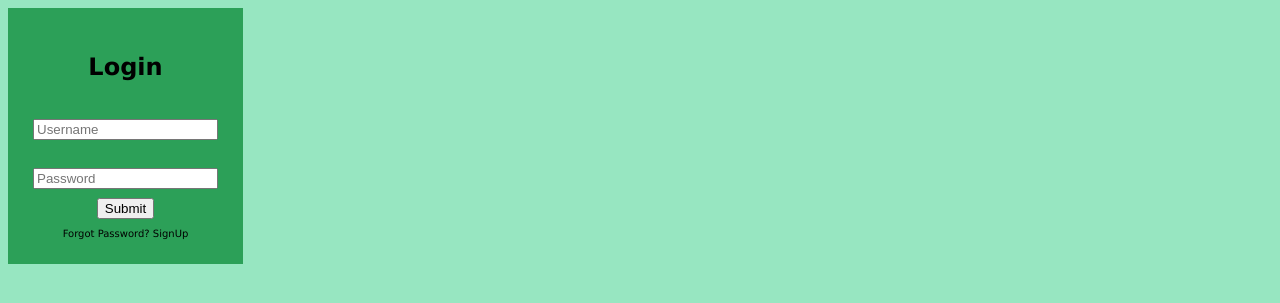
Repository: busra-kayaa/LoginPage
Page: login.html
An editor plug-in stored every save of this project. The page is shown before and after the next save, followed by the edit.
The browser window is 1280 px wide. The pictures show the whole page.

Above is the page before, as saved 2023-12-28 20:01:47.

### login.html
<!DOCTYPE html>
<html>
    <head>
        <title>Login Page</title>
        <link rel="stylesheet" href="./style.css" type="text/css"/>
    </head>
    <body>
        <div class="login-from-container">
            <h2>Login</h2>
            <div class="input-group">
                <i class="fa fa-user"></i>
                <input
                    type="text"
                    placeholder="Username"
                    class="input-text"
                    autocomplete="off"
                />
            </div>
            <div class="input-group">
                <i class="fa fa-unclok-alt"></i>
                <input
                    type="password"
                    placeholder="Password"
                    class="input-text"
                    autocomplete="off"
                />
            </div>
            <div class="subgroup">
                <div class="button-group" id="login-button">
                    <button onclick="alert('Bilgileriniz Başarıyla Alınmıştır.')">Submit</button>
                </div>
                <div class="footer">
                    <a>Forgot Password?</a>
                    <a>SignUp</a>
                </div>
            </div>
        </div>
    </body>
</html>

### style.css
body {
    background-color:rgb(151, 230, 193);
    display: flex;
    flex-direction: row;
    align-items: center;
    font-family:'Lucida Sans';
}

.login-from-container {
    background-color: rgb(44, 160, 88);
    display: flex;
    flex-direction: column;
    align-items: center;
    text-align: center;
    padding: 25px;
}
.input-group {
    margin-top: 10%;
    margin-bottom: 5%;
}
.button-group {
    display: flex;
    justify-content: center;
    align-items: center;
    font-size: 15px;
}
.subgroup {
 gap: 20px;
}
.footer {
    margin-top: 7%;
    font-size: 10px;
}

After the next save:
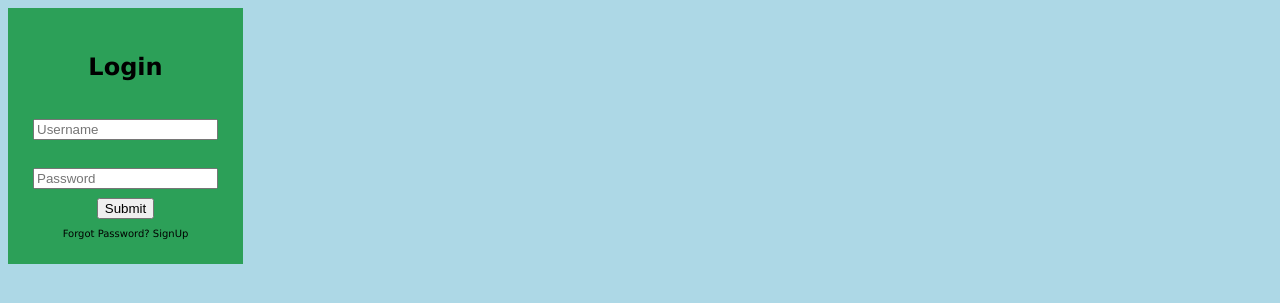
Saved 58 s later.
--- a/style.css
+++ b/style.css
@@ -1,5 +1,5 @@
 body {
-    background-color:rgb(151, 230, 193);
+    background-color:lightblue;
     display: flex;
     flex-direction: row;
     align-items: center;
